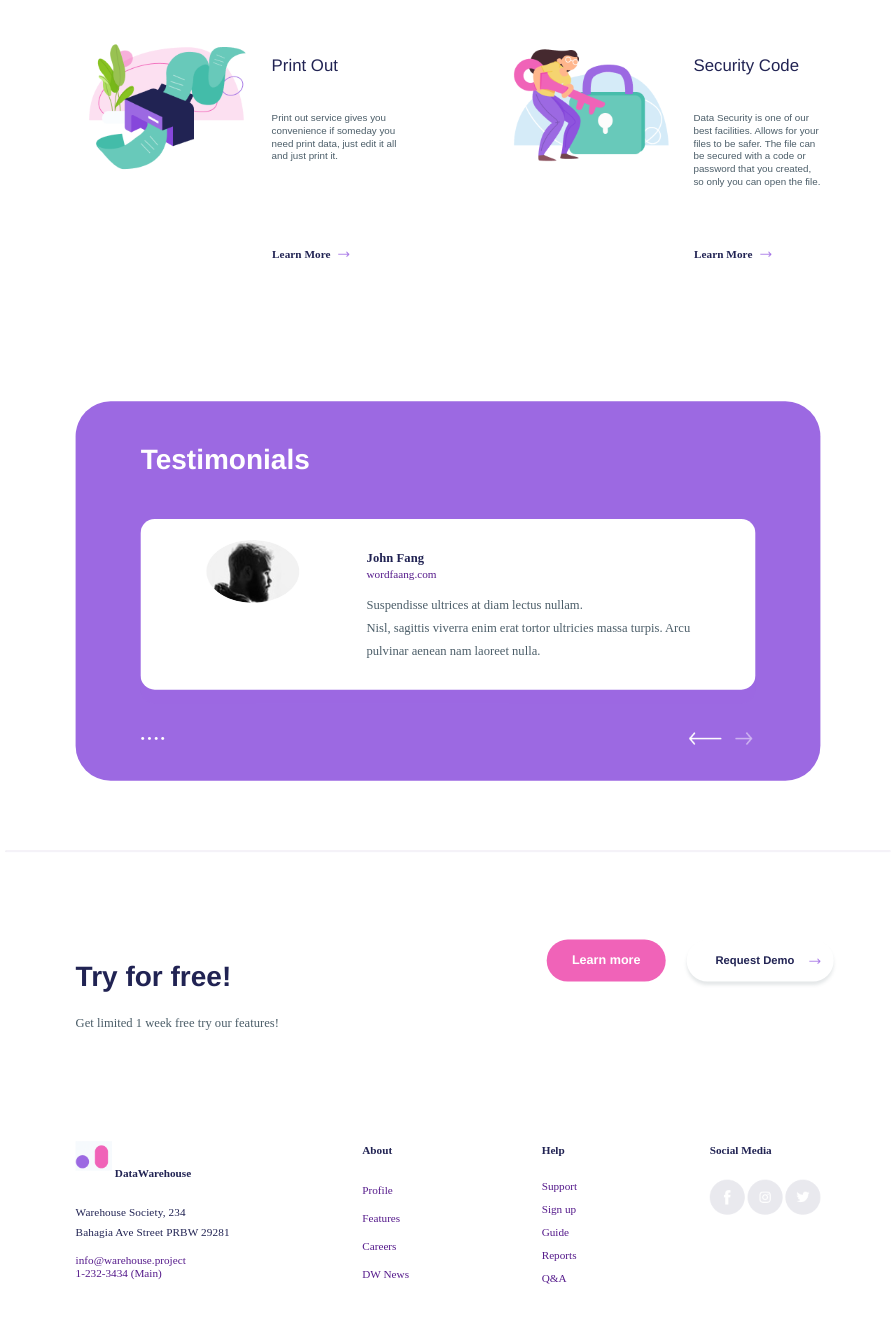
Repository: batonAnton/HW6_flexbox
Page: index.html
The author's editor kept a copy of each file at every save. The page is drawn from the files as they stood at one save, then again after the next save.
The browser window is 1280 px wide. The pictures show the part of the page from y = 1926 to 3846 px (the page is 3846 px tall), at 70% of full size.
Some web fonts or font styles are not loaded; a fallback is used.

Above is the page before, as saved 2022-06-19 16:22:35.

### index.html
<!DOCTYPE html>
<html lang="en">
<head>
    <meta charset="UTF-8">
    <meta http-equiv="X-UA-Compatible" content="IE=edge">
    <meta name="viewport" content="width=device-width, initial-scale=1.0">
    <link href="http://fonts.cdnfonts.com/css/helvetica-neue-9" rel="stylesheet">
    <link rel="stylesheet" href="./fonts/Helvetica-Bold.ttf">
    <link rel="stylesheet" href="./fonts/AvenirLTStd-Black.otf">
    <link rel="stylesheet" href="./css/style.css">
    <title>FlexBox</title>
</head>
<body>
    <header>
        <div class="logo">
            <img src="./images/logo.png" alt="logo">
        </div>

        <nav>
            <ul>
                <li>
                    <a href="#">about</a>
                </li>
                <li>
                    <a href="#">help</a>
                </li>
                <li>
                    <a href="#">features</a>
                </li>
                <li>
                    <a href="#">signup</a>
                </li>
            </ul>
        </nav>

        <div class="header-btn">
            <div>
                <button>request demo</button>
            </div>
            <div class="btn-img">
                <img src="./images/right-arrow.png" alt="arrow-right" >
            </div>
        </div>
    </header>

    <div class="section allstyles">
        <div class="info">
            <h1>Save your data <br> storage here.</h1>
            <p>Data Warehouse is a data storage area that <br>has been
                tested for security, so you can store <br> your data here
                safely but not be afraid of <br> being stolen by others.</p>
            <button>Learn more</button>
        </div>

        <div class="section-img">
            <img src="./images/headerImg.png" alt="">
        </div>
    </div>

    <div class="section2 allstyles">
        <div class="sectin2-img">
            <img src="./images/assideimg.png" alt="assideimg">
        </div>

        <div class="section2-info">
            <h1>We are a high-level data <br> storage bank</h1>
            <p>
                The place to store various data that you can access at any <br> time through the internet  and where you can carry it. <br>
                This very flexible storage area has a high level of security. <br> To enter into your own data you must enter the password <br> that you created when you registered in this Data <br> Warehouse.
            </p>
        </div>
    </div>

    <div class="section3 allstyles">
        <h1 class="section3-header"> Features</h1>
        <p class="section3-header">Some of the features and advantages that we provide for those of you <br> who store data in this Data Warehouse.</p>

        <div class="row1">
            <div class="block">
                <img src="./images/section3/image1 1.png" alt="img">
                <div class="info">
                    <h1>Search Data</h1>
                <p>
                    Don’t worry if your data is very <br> large, the Data Warehoue <br> provides a search engine, <br> which is useful for making it <br> easier to find data effectively <br> saving time.
                </p>

                <div class="header-btn section3-btn">
                    <div>
                        <button>Learn more</button>
                    </div>
                    <div class="btn-img">
                        <img src="./images/right-arrow.png" alt="arrow-right" >
                    </div>
                </div>
                </div>

            </div>


            <div class="block">
                <img src="./images/section3/image2.png" alt="img">
                <div class="info">
                    <h1>24 Hours Access</h1>
                <p>
                    Access is given 24 hours a full <br> morning to night and
                    meet <br> again in the morning, giving <br> you comfort when
                    you need <br> data when urgent.
                </p>

                <div class="header-btn section3-btn">
                    <div>
                        <button>Learn more</button>
                    </div>
                    <div class="btn-img">
                        <img src="./images/right-arrow.png" alt="arrow-right" >
                    </div>
                </div>
                </div>

            </div>
        </div>

        <!-- row2 start -->

        <div class="row1 row2">
            <div class="block">
                <img src="./images/section3/image3 1.png" alt="img">
                <div class="info">
                    <h1>Print Out</h1>
                <p>
                    Print out service gives you <br> convenience if someday
                    you <br> need print data, just edit it all <br> and just print it.
                </p>

                <div class="header-btn section3-btn">
                    <div>
                        <button>Learn more</button>
                    </div>
                    <div class="btn-img">
                        <img src="./images/right-arrow.png" alt="arrow-right" >
                    </div>
                </div>
                </div>

            </div>


            <div class="block">
                <img src="./images/section3/image4 1.png" alt="img">
                <div class="info">
                    <h1>Security Code</h1>
                <p>
                    Data Security is one of our <br> best facilities. Allows for your <br> files
                    to be safer. The file can <br> be secured with a code or <br>
                    password that
                    you created, <br> so only you can open the file.
                </p>

                <div class="header-btn section3-btn">
                    <div>
                        <button>Learn more</button>
                    </div>
                    <div class="btn-img">
                        <img src="./images/right-arrow.png" alt="arrow-right" >
                    </div>
                </div>
                </div>

            </div>
        </div>
    </div>

    <div class="section4 allstyles">
        <h1>Testimonials</h1>

        <div class="block">
            <img class="rounded" src="./images/section3/Ellipse 76.jpg" alt="img">
            <div class="info">
                <h1>John Fang </h1>
                <a href="">wordfaang.com</a>
                <p>
                    Suspendisse ultrices at diam lectus nullam. <br>
                    Nisl, sagittis viverra enim erat tortor ultricies massa turpis. Arcu <br> pulvinar aenean nam laoreet nulla.
                </p>
            </div>
        </div>
        <h4>&#x2022 &#x2022 &#x2022 &#x2022</h4>
        <p class="right"> <img src="./images/section3/arrows.png" alt="arrows"> </p>
    </div>
    <hr>


    <div class="forfree allstyles">
        <div class="free-info">
            <h1>Try for free!</h1>
            <p>Get limited 1 week free try our features!</p>
        </div>

        <div class="btn-block">
            <button>Learn more</button>
            <div class="header-btn">
                <div>
                    <button>request demo</button>
                </div>
                <div class="btn-img">
                    <img src="./images/right-arrow.png" alt="arrow-right" >
                </div>
            </div>
        </div>
    </div>

    <footer>
        <div class="allblock allstyles">
            <div class="adress">

                <h1> <img src="./images/logo.png" alt="logo">DataWarehouse</h1>
                <p> Warehouse Society, 234 <br>
                    Bahagia Ave Street
                    PRBW 29281
                </p>

                <a href="">info@warehouse.project</a> <br>
                <a href="">1-232-3434 (Main)</a>
            </div>

            <div class="about">
                <h1>About</h1>
                <a href="">Profile</a>
                <a href=""> Features</a>
                <a href=""> Careers</a>
                <a href="">DW News</a>
            </div>

            <div class="help">
                <h1>Help</h1>
                <a href="">Support</a>
                <a href="">Sign up</a>
                <a href="">Guide</a>
                <a href="">Reports</a>
                <a href="">Q&A</a>
            </div>

            <div class="social">
                <h1>Social Media</h1>
                <a href="">
                    <img src="./images/footer/facebook.png" alt="face">
                </a>

                <a href="">
                    <img src="./images/footer/twitter.png" alt="tweeter">
                </a>

                <a href="">
                    <img src="./images/footer/insta.png" alt="insta">
                </a>
            </div>
        </div>
    </footer>
</body>
</html>

### css/style.css
body {
  box-sizing: border-box;
  font-family: "Avenir";
}

.allstyles{
    margin: 70px 100px;
}

header {
  display: flex;
  margin: 30px 100px;
  justify-content: space-between;
  /* border: 1px solid gray; */
 font-family: Arial, Helvetica, sans-serif;
  font-size: 16px;
}


nav {
  margin-right: 40%;
}

nav ul {
  display: flex;
  list-style: none;
  color: #4b5d68;
}

nav ul li a {
  text-decoration: none;
  padding-left: 20px;
  text-transform: capitalize;
}

.header-btn {
  display: flex;
  justify-content: center;
}


.header-btn button {
  padding: 15px 30px 15px 15px;
  text-transform: capitalize;
  border: none;
  border-radius: 50px;
  background: #ffffff;
  box-shadow: 0px 5px 5px rgb(75 93 104 / 15%);
  width: 210px;
  color: #212353;
  font-size: 16px;
  font-weight: 800;
  line-height: 100%;
  letter-spacing: 0.005em;
}

.btn-img {
  margin-left: -35px;
  padding-left: -15px;
  align-self: center;
}

button img {
  padding-top: 5px;
  margin-left: 5px;
}

button:hover {
  border: 1px solid rgba(156, 105, 226, 1);
  text-decoration: underline;
}

.section {
  display: flex;
  position: relative;
  height: 600px;
  overflow: hidden;
}


.info {
  width: 50%;
}

.section h1 {
  font-style: normal;
  font-weight: 700;
  font-size: 4rem;
  line-height: 110%;
  font-family: "Helvetica Neue", sans-serif;
  color:#212353;
  font-weight: 700;
}



.section p {
  font-family: 'Avenir', Helvetica, sans-serif;
  font-style: normal;
  font-weight: 500;
  font-size: 16px;
  line-height: 28px;
  margin-top: 50px;
  margin-bottom: 50px;
}

.section-img {
  position: absolute;
  bottom: 1%;
  right: -13%;
}
.section-img img {
  width: 84%;
}

.info button{
    font-family: 'Avenir', Helvetica, sans-serif;
    font-style: normal;
    font-weight: 700;
    font-size: 18px;
    line-height: 160%;
    background-color: #9C69E2;
    border-radius: 50px;
    color: #ffffff;
    width: 170px;
    height: 60px;
    border: none;
    cursor: pointer;
}


.section2{
    display: flex;
    justify-content: space-between;
    background: rgba(240, 99, 184, 0.15);
    border-radius: 50px;
    font-family: 'Avenir', Helvetica, sans-serif;
}

.section2 h1{
    font-style: normal;
    font-weight: 700;
    font-size: 40px;
    line-height: 130%;
    color: #212353;
}

.section2 p{
    font-family: 'Avenir', Helvetica, sans-serif;
font-style: normal;
font-weight: 400;
font-size: 16px;
line-height: 160%;
}

.section2-info{
    padding:55px;
}


.section3-header{
    text-align: center;
    margin: -30px 0 75px 0;
}

.row1{
    display: flex;
    justify-content: space-between;
}

.row1 .block img{
    float: left;
}

.section3 .info{
  float: right;
  width: auto;
  margin-left: 35px;
}

.section3 .info h1{
  font-family: 'Helvetica';
font-style: normal;
font-weight: 400;
font-size: 24px;
line-height: 130%;
color: #212353;
}

.section3 .info p{
  font-family: 'Avenir',  sans-serif;
font-style: normal;
font-weight: 200;
font-size: 14px;
line-height: 130%;
color: #4B5D68;
margin-top: 50px;
/* margin-bottom: 50px; */
height: 160px;
}

.section3 .section3-btn button{
  padding:0;
  color: #212353;
  box-shadow: none;
  background-color: #ffffff;
  font-family: 'Avenir';
  font-style: normal;
  font-weight: 900;
  font-size: 16px;
  line-height: 160%;
  letter-spacing: 0.005em;
  width:85px;
}

.section3 .header-btn{
  display: flex;
  justify-content: flex-start;
}

.section3 .btn-img{
  margin-left: 10px;
}

.row2{
  margin: 90px 0  180px 0;
}

.section4{
  /* height: 709px; */
  background-color: #9C69E2;
  border-radius: 50px;
  padding: 30px 93px;
}

.section4 h1{
  font-family: 'Helvetica';
  font-style: normal;
  font-weight: 700;
  font-size: 40px;
  line-height: 130%;
  color: #FFFFFF;
  margin-bottom: 60px;
}

.section4 .block{
  background-color: #FFFFFF;
  box-shadow: 0px 20px 0px rgba(156, 105, 226, 0.3);
  border-radius: 20px;
  padding: 30px 93px 120px 93px;
}

.section4 .info{
  float: right;
  width: auto;
}

.section4 .info h1{
font-family: 'Avenir';
font-style: normal;
font-weight: 900;
font-size: 18px;
line-height: 160%;
letter-spacing: 0.005em;
color: #212353;
margin-bottom: 0;
}

.section4 .info p{
  font-family: 'Avenir';
font-style: normal;
font-weight: 400;
font-size: 18px;
line-height: 180%;
color: #4B5D68;
}

.section4 .info a{
  text-decoration: none;
}

.rounded{
  border-radius:50%;
}

h4{
  color: #ffffff;
  margin-top: 60px ;
}

.right{
  margin-left: auto;
  margin-right: auto;
  float: right;
  margin-top: -44px;
}

hr{
  margin-top: 100px;
  margin-bottom: 45px;
  background: #9C69E2;
  opacity: 0.2;
}

.forfree{
  margin-top: 125px;
  margin-bottom: 125px;
  display: flex;
  justify-content: space-between;
}

.forfree h1{
  font-family: 'Helvetica';
font-style: normal;
font-weight: 700;
font-size: 40px;
line-height: 130%;
display: flex;
align-items: center;
color: #212353;
}

.forfree p{
  font-family: 'Avenir';
font-style: normal;
font-weight: 500;
font-size: 18px;
line-height: 160%;
color: #4B5D68;
}

.forfree button{
  font-family: 'Avenir', Helvetica, sans-serif;
    font-style: normal;
    font-weight: 700;
    font-size: 18px;
    line-height: 160%;
    background-color: #F063B8;
    border-radius: 50px;
    color: #ffffff;
    width: 170px;
    height: 60px;
    border: none;
    cursor: pointer;
    margin-left: 30px;
}

.forfree .header-btn button {
  padding: 15px 30px 15px 15px;
  text-transform: capitalize;
  border: none;
  border-radius: 50px;
  background: #ffffff;
  box-shadow: 0px 5px 5px rgb(75 93 104 / 15%);
  width: 210px;
  color: #212353;
  font-size: 16px;
  font-weight: 800;
  line-height: 100%;
  letter-spacing: 0.005em;
}

.forfree .btn-img{
  margin-top: -85px;
}

.btn-block{
  display: flex;
}

/* footer */

.allblock{
  display: flex;
  justify-content: space-between;
}

.about, .help{
  display: inline-grid;
}

footer h1{
  font-family: 'Avenir';
font-style: normal;
font-weight: 900;
font-size: 16px;
line-height: 160%;
color: #212353;
margin-bottom: 30px;
}

footer a{
  text-decoration: none;
  padding-bottom: 15px;
}

footer p{
  font-family: 'Avenir';
font-style: normal;
font-weight: 500;
font-size: 16px;
line-height: 180%;
letter-spacing: 0.01em;
color: #212353;
}

After the next save:
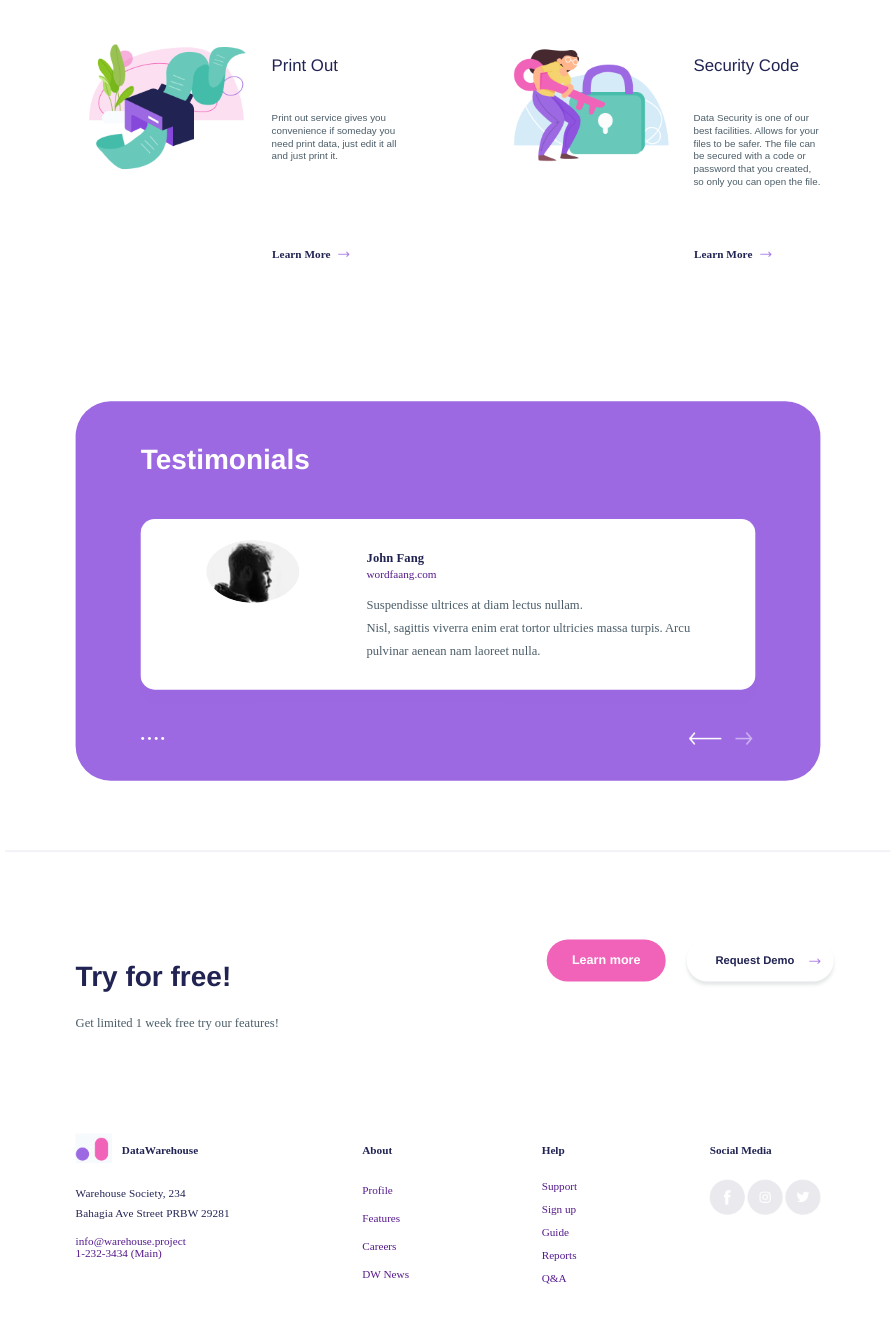
Saved 3 min 59 s later.
--- a/index.html
+++ b/index.html
@@ -212,8 +212,9 @@
     <footer>
         <div class="allblock allstyles">
             <div class="adress">
-
-                <h1> <img src="./images/logo.png" alt="logo">DataWarehouse</h1>
+                <img src="./images/logo.png" alt="logo">
+                <h1 style="float: right;
+                margin-right: 45px;"> DataWarehouse</h1>
                 <p> Warehouse Society, 234 <br>
                     Bahagia Ave Street
                     PRBW 29281
